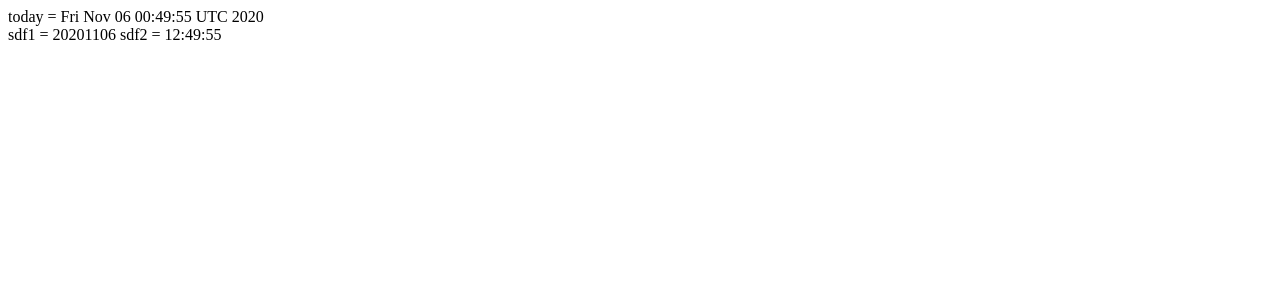
Repository: parkmyounghoi/20201113
Page: http://localhost/20201109/simpleDate.jsp
The author's editor kept a copy of each file at every save. The page is drawn from the files as they stood at one save, then again after the next save.
The browser window is 1280 px wide. The pictures show the whole page.
The page is served by Tomcat 9.

Above is the page before, as saved 2020-11-09 01:02:33.

### 20201109/WebContent/simpleDate.jsp
<%@ page language="java" contentType="text/html; charset=UTF-8" pageEncoding="UTF-8"%>
<%@page import="java.text.SimpleDateFormat"%>
<%@ page import="java.util.Date"%>
<!DOCTYPE html>
<html>
<head>
<meta charset="UTF-8">
<title>Insert title here</title>
</head>
<body>

<%
//include 한번더
	// taglib지시자
	// 메서드 선언과 <%= 스크립트릿
	// 연습문제... 오전에..
	// 오후에는 oracle 진행..
	// DB 연결객체
	/*
		Connection
		prepareStatement
		ResultSet
	*/
	Date today = new Date();
	out.println("today  = "+ today+"<br/>");
	SimpleDateFormat sdf1 = new SimpleDateFormat("yyyyMMdd");
	SimpleDateFormat sdf2 = new SimpleDateFormat("hh:mm:ss");

	out.println("sdf1 = "+sdf1.format(today));
	out.println("sdf2 = "+sdf2.format(today));
%>
</body>
</html>

### 20201109/WebContent/include.html
<!DOCTYPE html>
<html>
<head>
<meta charset="UTF-8">
<title>Insert title here</title>
</head>
<body>
안녕하세요 html 파일입니다.
</body>
</html>

After the next save:
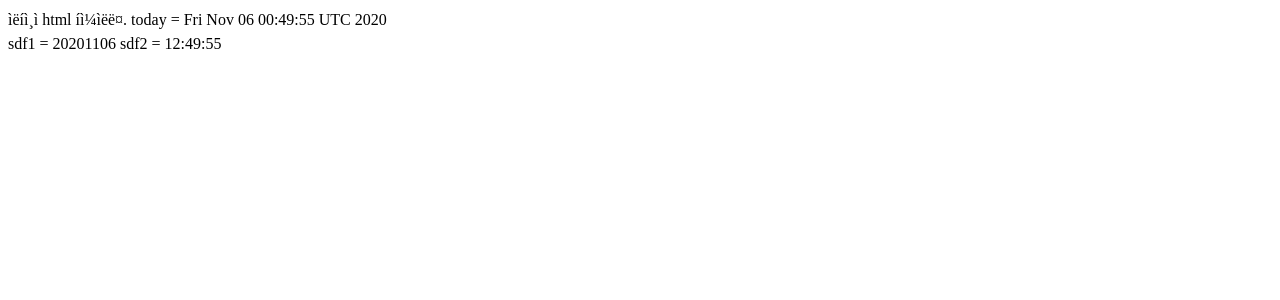
Saved 19 s later.
--- a/20201109/WebContent/simpleDate.jsp
+++ b/20201109/WebContent/simpleDate.jsp
@@ -8,7 +8,7 @@
 <title>Insert title here</title>
 </head>
 <body>
-
+<%@ include file = "include.html" %>
 <%
 //include 한번더
 	// taglib지시자
